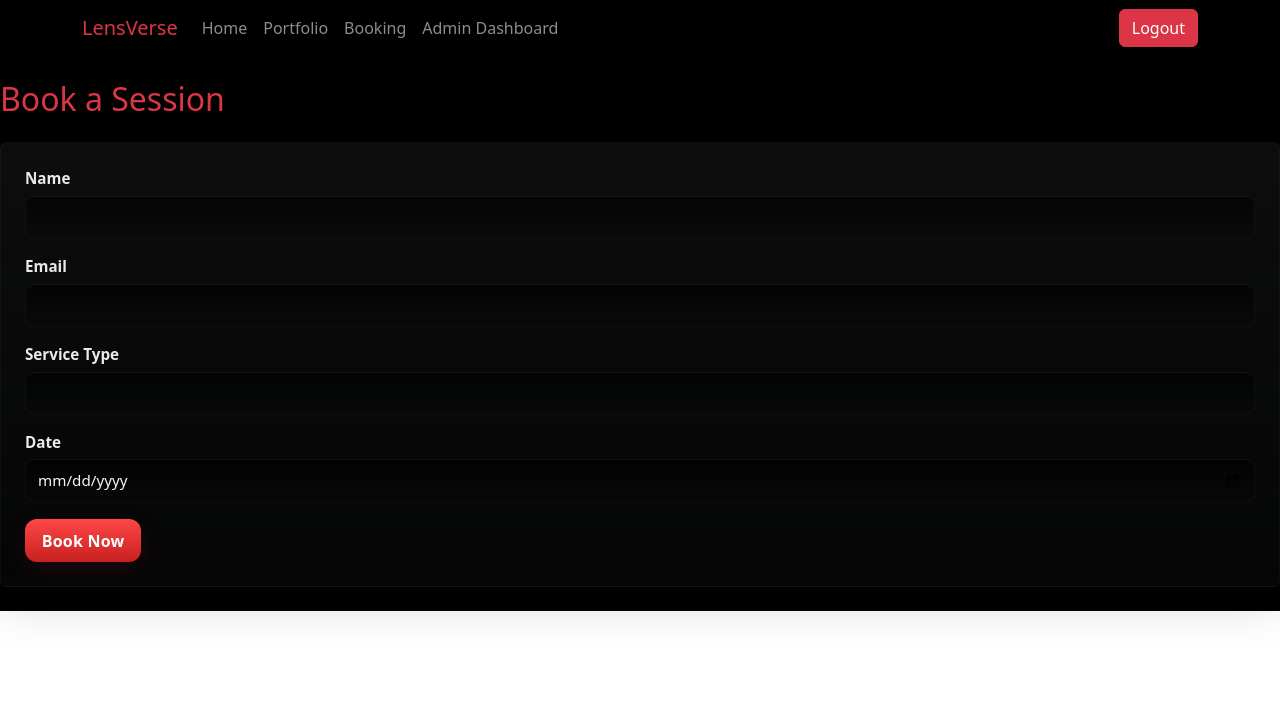
Repository: adithyakiran47/lensverseproject
Page: /booking (app in lensverse-client/)
The author's editor kept a copy of each file at every save. The page is drawn from the files as they stood at one save, then again after a run of saves.
The browser window is 1280 px wide. The pictures show the whole page.
The project was rebuilt for these pictures with package versions that can differ from the ones it lists, and the page was loaded fresh each time. Also part of the build but not shown: lensverse-client/src/pages/Home.js, lensverse-client/src/pages/Portfolio.css, lensverse-client/src/pages/Portfolio.js, lensverse-client/src/pages/About.js, lensverse-client/src/pages/AdminLogin.js, lensverse-client/src/pages/AdminDashboard.js. Imported but missing from the stored project, and not drawn on this page: lensverse-client/src/reportWebVitals.

Above is the page before, as saved 2025-11-04 10:02:18.

### lensverse-client/src/index.css
body {
  background-color: #000000;
  color: #FFFFFF;
  font-family: 'Segoe UI', Tahoma, Geneva, Verdana, sans-serif;
  transition: background-color 0.3s ease, color 0.3s ease;
}

a {
  color: #cc0000;
  text-decoration: none;
  transition: color 0.3s ease;
}

a:hover {
  color: #ff3333;
  text-decoration: underline;
}

.btn-primary, .btn-danger, .btn-black {
  transition: background-color 0.3s ease, border-color 0.3s ease;
}

.btn-primary {
  background-color: #cc0000;
  border-color: #cc0000;
  color: #000000;
}

.btn-primary:hover {
  background-color: #990000;
  border-color: #990000;
  color: #fff;
}

.btn-black {
  background-color: #000000;
  border: 1px solid #cc0000;
  color: #cc0000;
}

.btn-black:hover, .btn-black:focus {
  background-color: #cc0000;
  color: #000000;
  border-color: #cc0000;
}

/* Card hover effect */
.card {
  background-color: #111111;
  border: none;
  transition: transform 0.3s ease, box-shadow 0.3s ease;
}

.card:hover {
  transform: scale(1.03);
  box-shadow: 0 4px 15px rgba(204, 0, 0, 0.5);
}

/* Forms */
.form-control {
  background-color: #111111;
  border-color: #cc0000;
  color: #fff;
  transition: border-color 0.3s ease;
}

.form-control:focus {
  border-color: #ff3333;
  box-shadow: 0 0 8px #cc0000;
  background-color: #222222;
  color: #fff;
}

### lensverse-client/src/App.js
import React from 'react';
import { BrowserRouter as Router, Routes, Route } from 'react-router-dom';


// Import your page components (create these next)
import Home from './pages/Home';
import Portfolio from './pages/Portfolio';
import Booking from './pages/Booking';
import About from './pages/About';
import AdminLogin from './pages/AdminLogin';
import AdminDashboard from './pages/AdminDashboard';

function App() {
  return (
    <Router>
      <Routes>
        <Route path="/" element={<Home />} />
        <Route path="/portfolio" element={<Portfolio />} />
        <Route path="/booking" element={<Booking />} />
        <Route path="/about" element={<About />} />
        <Route path="/admin-login" element={<AdminLogin />} />
        <Route path="/admin-dashboard" element={<AdminDashboard />} />
      </Routes>
    </Router>
  );
}

export default App;

### lensverse-client/src/pages/Booking.js
// Booking page
import React, { useState } from 'react';
import Navbar from '../components/Navbar';
import axios from 'axios';
import './Booking.css';

const Booking = () => {
  const [formData, setFormData] = useState({ name: '', email: '', serviceType: '', date: '' });
  const [message, setMessage] = useState('');

  const handleChange = e =>
    setFormData(prev => ({ ...prev, [e.target.name]: e.target.value }));

  const handleSubmit = async e => {
    e.preventDefault();
    try {
      await axios.post('http://localhost:5000/api/bookings', formData);
      setMessage('Booking submitted successfully!');
      setFormData({ name: '', email: '', serviceType: '', date: '' });
    } catch {
      setMessage('Booking submission failed.');
    }
  };

  return (
    <>
      <Navbar />
      <div className=" py-4 bg-black text-white m">
        <h2 className="text-danger mb-4">Book a Session</h2>
        {message && <div className="alert alert-success">{message}</div>}
        <form onSubmit={handleSubmit} className="bg-dark p-4 rounded shadow-lg">
          <div className="mb-3">
            <label htmlFor="name" className="form-label">Name</label>
            <input
              type="text"
              name="name"
              className="form-control bg-black text-white"
              id="name"
              required
              value={formData.name}
              onChange={handleChange}
            />
          </div>

          <div className="mb-3">
            <label htmlFor="email" className="form-label">Email</label>
            <input
              type="email"
              name="email"
              className="form-control bg-black text-white"
              id="email"
              required
              value={formData.email}
              onChange={handleChange}
            />
          </div>

          <div className="mb-3">
            <label htmlFor="serviceType" className="form-label">Service Type</label>
            <input
              type="text"
              name="serviceType"
              className="form-control bg-black text-white"
              id="serviceType"
              required
              value={formData.serviceType}
              onChange={handleChange}
            />
          </div>

          <div className="mb-3">
            <label htmlFor="date" className="form-label">Date</label>
            <input
              type="date"
              name="date"
              className="form-control bg-black text-white"
              id="date"
              required
              value={formData.date}
              onChange={handleChange}
            />
          </div>

          <button className="btn btn-danger" type="submit">Book Now</button>
        </form>
      </div>
    </>
  );
};

export default Booking;

### lensverse-client/src/components/Navbar.js
import React from 'react';
import { Link, useNavigate } from 'react-router-dom';


const Navbar = () => {
  const navigate = useNavigate();

  const handleLogout = () => {
    localStorage.removeItem('adminToken');
    navigate('/admin-login');
  };

  return (
    <nav className="navbar navbar-expand-lg navbar-dark bg-black">
      <div className="container">
        <Link className="navbar-brand text-danger" to="/">LensVerse</Link>
        <button className="navbar-toggler" type="button" data-bs-toggle="collapse" data-bs-target="#navbarNav"
          aria-controls="navbarNav" aria-expanded="false" aria-label="Toggle navigation">
          <span className="navbar-toggler-icon"></span>
        </button>
        <div className="collapse navbar-collapse" id="navbarNav">
          <ul className="navbar-nav me-auto mb-2 mb-lg-0">
            <li className="nav-item"><Link className="nav-link" to="/">Home</Link></li>
            <li className="nav-item"><Link className="nav-link" to="/portfolio">Portfolio</Link></li>
            <li className="nav-item"><Link className="nav-link" to="/booking">Booking</Link></li>
            <li className="nav-item"><Link className="nav-link" to="/admin-dashboard">Admin Dashboard</Link></li>
          </ul>
          <button className="btn btn-danger" onClick={handleLogout}>Logout</button>
        </div>
      </div>
    </nav>
  );
};

export default Navbar;

### lensverse-client/src/pages/Home.css
/* Add to src/pages/Home.css */
@import url("https://cdn.jsdelivr.net/npm/bootstrap-icons@1.11.1/font/bootstrap-icons.css");

/* Utility Classes */
.py-6 {
  padding-top: 6rem;
  padding-bottom: 6rem;
}

.z-1 {
  z-index: 1;
}

/* Hero Section */
.hero-section {
  position: relative;
  background: linear-gradient(rgba(0, 0, 0, 0.7), rgba(0, 0, 0, 0.7));
}

.bg-pattern {
  opacity: 0.1;
  background-image: radial-gradient(#dc3545 1px, transparent 1px);
  background-size: 32px 32px;
}

/* Service Cards */
.service-card {
  transition: transform 0.3s ease, box-shadow 0.3s ease;
  cursor: pointer;
}

.service-card:hover {
  transform: translateY(-10px);
  box-shadow: 0 10px 30px rgba(220, 53, 69, 0.2);
}

/* Feature List */
.feature-list li {
  transition: transform 0.3s ease;
}

.feature-list li:hover {
  transform: translateX(10px);
}

.feature-icon {
  font-size: 1.5rem;
  color: #dc3545;
}

/* Stats Cards */
.stat-card {
  transition: transform 0.3s ease;
  cursor: pointer;
}

.stat-card:hover {
  transform: translateY(-5px);
}

/* Testimonial Section */
.testimonial-card {
  transition: transform 0.3s ease;
  box-shadow: 0 10px 30px rgba(0, 0, 0, 0.2);
}

.testimonial-card:hover {
  transform: translateY(-5px);
}

/* CTA Section */
.cta-section {
  background: linear-gradient(45deg, #dc3545, #900);
}

.cta-section::before {
  content: '';
  position: absolute;
  top: 0;
  left: 0;
  right: 0;
  bottom: 0;
  background: url('data:[embedded picture, 165 characters]') repeat;
  opacity: 0.1;
}

/* Hover Effects */
.hover-scale {
  transition: transform 0.3s ease;
}

.hover-scale:hover {
  transform: scale(1.05);
}

/* Responsive Adjustments */
@media (max-width: 768px) {
  .display-1 {
    font-size: 3rem;
  }

  .py-6 {
    padding-top: 4rem;
    padding-bottom: 4rem;
  }
}

### lensverse-client/src/pages/Booking.css
/* Booking.css - improved responsive UI (mobile-first) */

/* Container / form shell */
.booking-form,
.bg-dark.p-4.rounded.shadow-lg {
  background: linear-gradient(180deg, rgba(12,12,12,0.96), rgba(0,0,0,0.85));
  border-radius: 14px;
  padding: 1rem;
  border: 1px solid rgba(255,255,255,0.03);
  box-shadow: 0 12px 30px rgba(0,0,0,0.65);
  transition: transform .12s ease, box-shadow .12s ease;
}

/* Slight lift on hover for larger screens */
@media (min-width: 992px) {
  .booking-form:hover,
  .bg-dark.p-4.rounded.shadow-lg:hover {
    transform: translateY(-6px);
    box-shadow: 0 20px 40px rgba(0,0,0,0.75);
  }
}

/* Form grid: make two-column on md+, stacked on small */
.form-row {
  display: flex;
  flex-direction: column;
  gap: 0.75rem;
}

@media (min-width: 768px) {
  .form-row {
    flex-direction: row;
    gap: 1rem;
  }
}

/* Column helpers (use existing .col-md-6 or these classes) */
.form-col {
  flex: 1 1 0%;
  min-width: 0;
}

/* Input / select / textarea base */
.booking-form .form-control,
.booking-form .form-select,
.booking-form textarea,
.bg-dark.p-4.rounded.shadow-lg .form-control,
.bg-dark.p-4.rounded.shadow-lg .form-select,
.bg-dark.p-4.rounded.shadow-lg textarea {
  background: linear-gradient(180deg, rgba(0,0,0,0.6), rgba(10,10,10,0.45)) !important;
  color: #f6f6f6 !important;
  border: 1px solid rgba(255,255,255,0.04);
  padding: 0.68rem 0.75rem;
  border-radius: 10px;
  font-size: 0.95rem;
  width: 100%;
  transition: box-shadow .14s ease, border-color .12s ease, transform .08s ease;
  -webkit-appearance: none;
  appearance: none;
}

/* Slight inner shadow */
.booking-form .form-control:focus,
.booking-form .form-select:focus,
.booking-form textarea:focus,
.bg-dark.p-4.rounded.shadow-lg .form-control:focus,
.bg-dark.p-4.rounded.shadow-lg .form-select:focus,
.bg-dark.p-4.rounded.shadow-lg textarea:focus {
  border-color: rgba(220,53,69,0.9);
  box-shadow: 0 8px 30px rgba(220,53,69,0.06);
  transform: translateY(-1px);
  outline: none;
}

/* Focus-visible for keyboard navigation */
.booking-form .form-control:focus-visible,
.booking-form .form-select:focus-visible,
.booking-form textarea:focus-visible,
.bg-dark.p-4.rounded.shadow-lg .form-control:focus-visible,
.bg-dark.p-4.rounded.shadow-lg .form-select:focus-visible,
.bg-dark.p-4.rounded.shadow-lg textarea:focus-visible {
  outline: 3px solid rgba(220,53,69,0.12);
  outline-offset: 3px;
}

/* Placeholder color */
.booking-form ::placeholder,
.bg-dark.p-4.rounded.shadow-lg ::placeholder {
  color: rgba(255,255,255,0.55);
}

/* Labels */
.booking-form .form-label,
.bg-dark.p-4.rounded.shadow-lg .form-label {
  color: #eaeaea;
  font-weight: 600;
  margin-bottom: 0.35rem;
  display: block;
  font-size: 0.95rem;
}

/* Helper / small text */
.booking-hint,
.booking-form .text-muted,
.bg-dark.p-4.rounded.shadow-lg .text-muted {
  color: rgba(255,255,255,0.65) !important;
  font-size: 0.9rem;
}

/* Button - primary danger */
.booking-form .btn-danger,
.bg-dark.p-4.rounded.shadow-lg .btn-danger {
  background: linear-gradient(180deg, #ff4747, #c82020);
  border: none;
  color: #fff;
  padding: 0.6rem 1.05rem;
  border-radius: 12px;
  font-weight: 700;
  letter-spacing: 0.2px;
  box-shadow: 0 8px 24px rgba(200,40,40,0.12);
  transition: transform .12s ease, box-shadow .12s ease, opacity .12s ease;
}

.booking-form .btn-danger:hover,
.bg-dark.p-4.rounded.shadow-lg .btn-danger:hover {
  transform: translateY(-3px);
  box-shadow: 0 16px 36px rgba(200,40,40,0.14);
}

.booking-form .btn-danger:active,
.booking-form .btn-danger:focus {
  transform: translateY(0);
  box-shadow: 0 8px 20px rgba(200,40,40,0.12);
}

/* Disabled */
.booking-form .btn-danger:disabled {
  opacity: 0.65;
  cursor: not-allowed;
}

/* Alerts */
.alert {
  border-radius: 8px;
  padding: 0.7rem 1rem;
  font-weight: 600;
}

.alert-success {
  background: linear-gradient(90deg, rgba(40,167,69,0.08), rgba(40,167,69,0.03));
  color: #d9f7e0;
  border: 1px solid rgba(40,167,69,0.08);
}

.alert-danger {
  background: linear-gradient(90deg, rgba(220,53,69,0.06), rgba(220,53,69,0.02));
  color: #ffd7d9;
  border: 1px solid rgba(220,53,69,0.06);
}

/* Input group style (if used) */
.input-group .form-control,
.input-group .form-select {
  border-top-right-radius: 10px;
  border-bottom-right-radius: 10px;
}

/* File input */
.booking-form input[type="file"],
.bg-dark.p-4.rounded.shadow-lg input[type="file"] {
  color: #fff;
  padding: 0.4rem 0.6rem;
  border-radius: 8px;
}

/* is-invalid */
.is-invalid {
  border-color: rgba(255,100,100,0.9) !important;
  box-shadow: 0 6px 18px rgba(255,100,100,0.04) !important;
}
.invalid-feedback {
  color: #ffbdbd;
  font-size: 0.88rem;
}

/* Spacing helpers for stacked fields (mobile) */
.row-gap {
  display: grid;
  gap: .75rem;
}

/* Desktop layout: two column rows using utility class .form-row */
@media (min-width: 768px) {
  .two-col {
    display: grid;
    grid-template-columns: 1fr 1fr;
    gap: 1rem;
  }
}

/* Footer small note */
.booking-note {
  color: rgba(255,255,255,0.65);
  font-size: 0.88rem;
  margin-top: 0.75rem;
}

/* Form width control inside container */
@media (min-width: 992px) {
  .booking-form {
    padding: 1.5rem;
  }

  .container .booking-form {
    max-width: 820px;
    margin: 0 auto;
  }
}

/* Accessibility: increase contrast on focus ring for keyboard users */
.booking-form :focus-visible {
  box-shadow: 0 12px 30px rgba(220,53,69,0.08);
}

/* Small polish */
.booking-form .form-control,
.bg-dark.p-4.rounded.shadow-lg .form-control {
  line-height: 1.3;
}

Loaded but not shown: lensverse-client/src/index.js (common file)

After the next 2 saves:
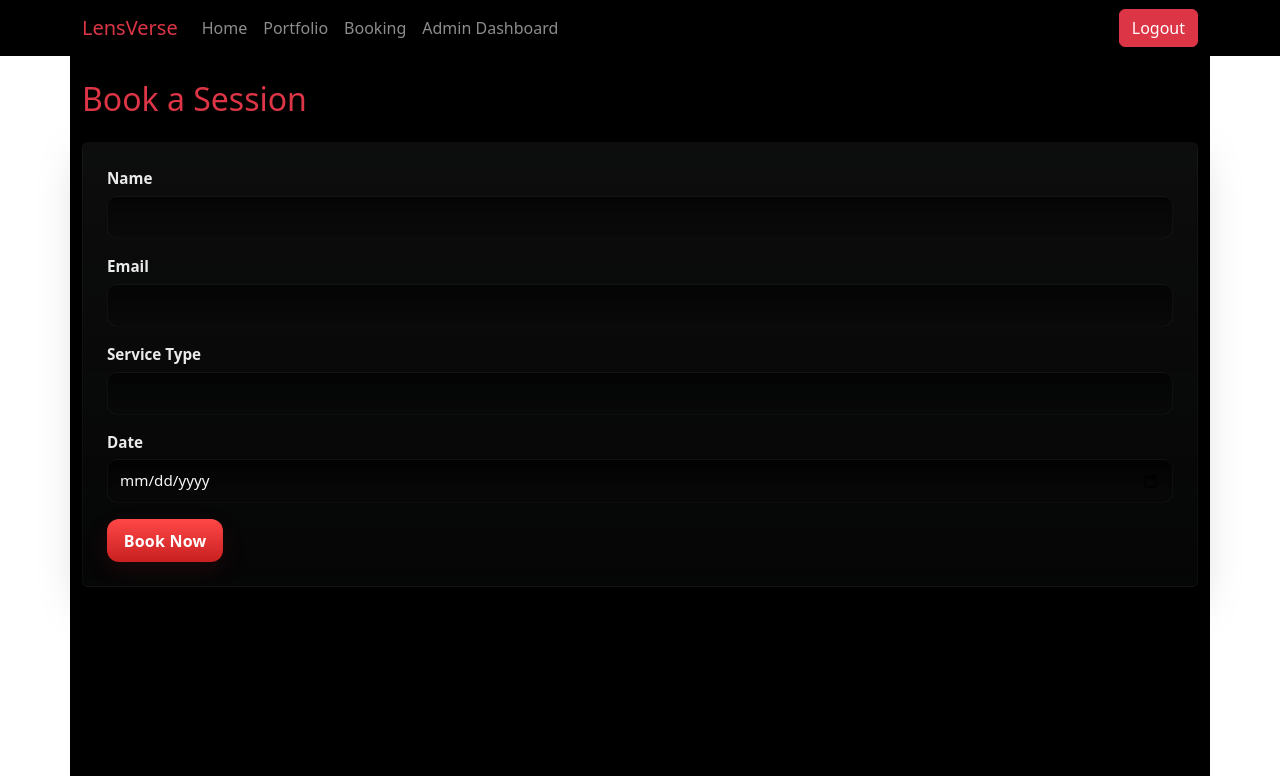
The 2 saves are shown as one change because they came seconds apart.
The last was saved 16 s later.
--- a/lensverse-client/src/pages/Booking.js
+++ b/lensverse-client/src/pages/Booking.js
@@ -25,7 +25,7 @@ const Booking = () => {
   return (
     <>
       <Navbar />
-      <div className=" py-4 bg-black text-white m">
+      <div className="container py-4 bg-black text-white min-vh-100">
         <h2 className="text-danger mb-4">Book a Session</h2>
         {message && <div className="alert alert-success">{message}</div>}
         <form onSubmit={handleSubmit} className="bg-dark p-4 rounded shadow-lg">
